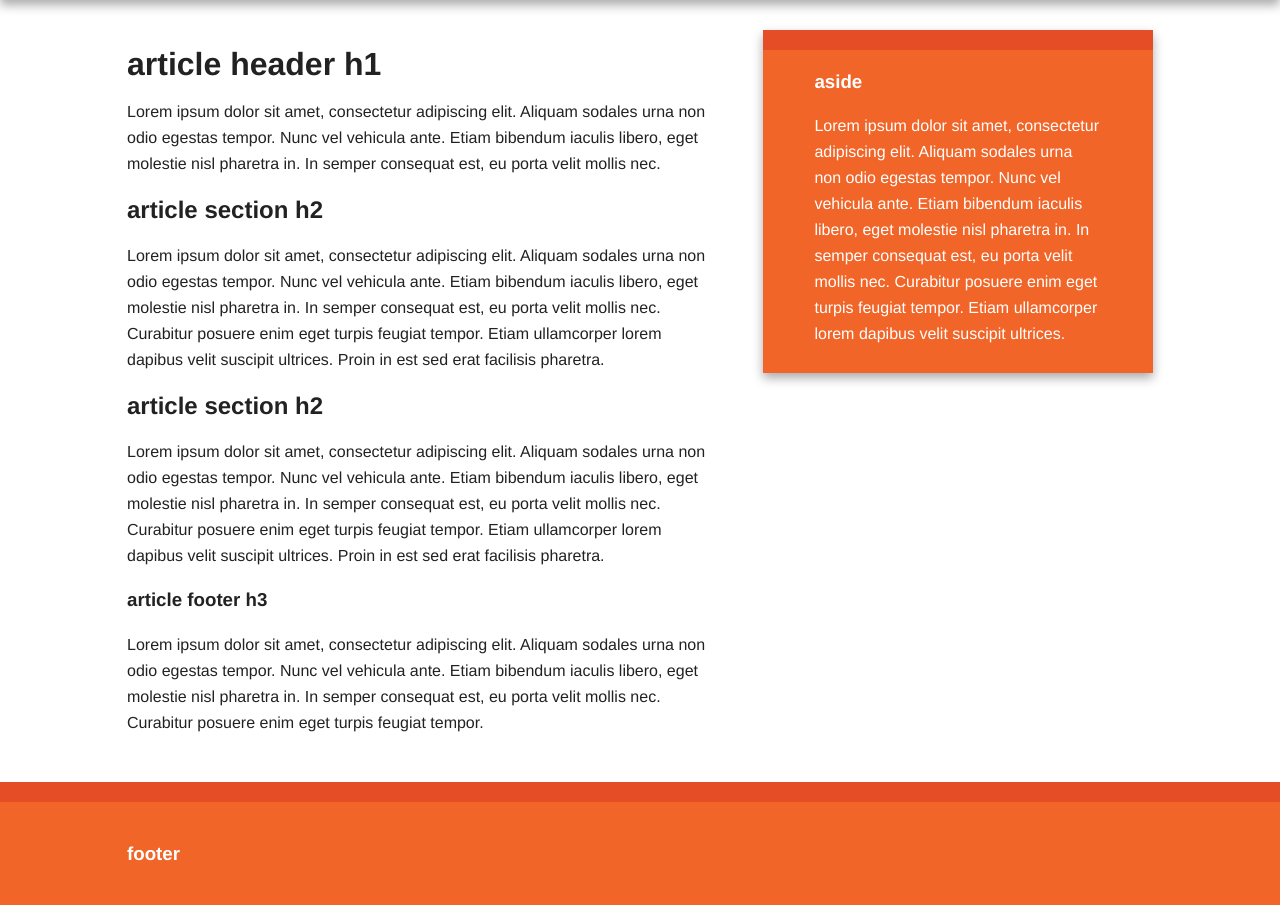
Repository: creativeday/creativeday.github.io
Page: index.html
The author's editor kept a record of every edit. The page is drawn from the files as they stood at one moment, then again after the next edit.
The browser window is 1280 px wide. The pictures show the part of the page from y = 320 to 1251 px (the page is 1225 px tall before and 1251 px after).
A picture or video elsewhere on the page could not be fetched, so the positions and the page height are approximate. Some web libraries are served in a nearby version.

Above is the page before.

### index.html
<!DOCTYPE html>
<html class="no-js">
    <head>
        <meta charset="utf-8">
        <meta http-equiv="X-UA-Compatible" content="IE=edge,chrome=1">
        <title></title>
        <meta name="description" content="">
        <meta name="viewport" content="width=device-width, initial-scale=1">

<!--

git status

git add -A
git commit -m "mymessage"

git pull origin

git push

Website: http://creativeday.github.io/Team#

-->

        <link rel="stylesheet" href="css/normalize.min.css">
        <link rel="stylesheet" href="css/main.css">

        <script src="js/vendor/modernizr-2.6.2-respond-1.1.0.min.js"></script>
    </head>
    <body>
        <div class="header-container">
            <header class="wrapper clearfix">
                <div class="section1">
                    <img src="http://upload.wikimedia.org/wikipedia/en/0/08/LearnToBeLogo.gif">
                </div>
                <div class="section2">
                    <div class="navlink">

                    </div>
                    <div class="navlink">

                    </div>
                    <div class="navlink">

                    </div>
                    <div class="navlink">

                    </div>
                    <div class="navlink">

                    </div>
                    <div class="navlink">

                    </div>
                </div>
                <div class="section3">

                </div>
            </header>
        </div>

        <div class="main-container">
            <div class="main wrapper clearfix">

                <article>
                    <header>
                        <h1>article header h1</h1>
                        <p>Lorem ipsum dolor sit amet, consectetur adipiscing elit. Aliquam sodales urna non odio egestas tempor. Nunc vel vehicula ante. Etiam bibendum iaculis libero, eget molestie nisl pharetra in. In semper consequat est, eu porta velit mollis nec.</p>
                    </header>
                    <section>
                        <h2>article section h2</h2>
                        <p>Lorem ipsum dolor sit amet, consectetur adipiscing elit. Aliquam sodales urna non odio egestas tempor. Nunc vel vehicula ante. Etiam bibendum iaculis libero, eget molestie nisl pharetra in. In semper consequat est, eu porta velit mollis nec. Curabitur posuere enim eget turpis feugiat tempor. Etiam ullamcorper lorem dapibus velit suscipit ultrices. Proin in est sed erat facilisis pharetra.</p>
                    </section>
                    <section>
                        <h2>article section h2</h2>
                        <p>Lorem ipsum dolor sit amet, consectetur adipiscing elit. Aliquam sodales urna non odio egestas tempor. Nunc vel vehicula ante. Etiam bibendum iaculis libero, eget molestie nisl pharetra in. In semper consequat est, eu porta velit mollis nec. Curabitur posuere enim eget turpis feugiat tempor. Etiam ullamcorper lorem dapibus velit suscipit ultrices. Proin in est sed erat facilisis pharetra.</p>
                    </section>
                    <footer>
                        <h3>article footer h3</h3>
                        <p>Lorem ipsum dolor sit amet, consectetur adipiscing elit. Aliquam sodales urna non odio egestas tempor. Nunc vel vehicula ante. Etiam bibendum iaculis libero, eget molestie nisl pharetra in. In semper consequat est, eu porta velit mollis nec. Curabitur posuere enim eget turpis feugiat tempor.</p>
                    </footer>
                </article>

                <aside>
                    <h3>aside</h3>
                    <p>Lorem ipsum dolor sit amet, consectetur adipiscing elit. Aliquam sodales urna non odio egestas tempor. Nunc vel vehicula ante. Etiam bibendum iaculis libero, eget molestie nisl pharetra in. In semper consequat est, eu porta velit mollis nec. Curabitur posuere enim eget turpis feugiat tempor. Etiam ullamcorper lorem dapibus velit suscipit ultrices.</p>
                </aside>

            </div> <!-- #main -->
        </div> <!-- #main-container -->

        <div class="footer-container">
            <footer class="wrapper">
                <h3>footer</h3>
            </footer>
        </div>

        <script src="//ajax.googleapis.com/ajax/libs/jquery/1.11.1/jquery.min.js"></script>
        <script>window.jQuery || document.write('<script src="js/vendor/jquery-1.11.1.min.js"><\/script>')</script>

        <script src="js/main.js"></script>
    </body>
</html>

### css/main.css
/*! HTML5 Boilerplate v4.3.0 | MIT License | http://h5bp.com/ */

html,
button,
input,
select,
textarea {
    color: #222;
}

html {
    font-size: 1em;
    line-height: 1.4;
}

::-moz-selection {
    background: #b3d4fc;
    text-shadow: none;
}

::selection {
    background: #b3d4fc;
    text-shadow: none;
}

hr {
    display: block;
    height: 1px;
    border: 0;
    border-top: 1px solid #ccc;
    margin: 1em 0;
    padding: 0;
}

audio,
canvas,
img,
video {
    vertical-align: middle;
}

fieldset {
    border: 0;
    margin: 0;
    padding: 0;
}

textarea {
    resize: vertical;
}

.browsehappy {
    margin: 0.2em 0;
    background: #ccc;
    color: #000;
    padding: 0.2em 0;
}


/* ===== Initializr Styles ==================================================
   Author: Jonathan Verrecchia - verekia.com/initializr/responsive-template
   ========================================================================== */

body {
    font: 16px/26px Helvetica, Helvetica Neue, Arial;
}

.wrapper {
    width: 90%;
    margin: 0 5%;
}

/* ===================
    ALL: Orange Theme
   =================== */

.header-container {
    border-bottom: 20px solid #e44d26;
}

.footer-container,
.main aside {
    border-top: 20px solid #e44d26;
}

.header-container,
.footer-container,
.main aside {
    background: #f16529;
}

.title {
    color: white;
}

/* ==============
    MOBILE: Menu
   ============== */

nav ul {
    margin: 0;
    padding: 0;
}

nav a {
    display: block;
    margin-bottom: 10px;
    padding: 15px 0;

    text-align: center;
    text-decoration: none;
    font-weight: bold;

    color: white;
    background: #e44d26;
}

nav a:hover,
nav a:visited {
    color: white;
}

nav a:hover {
    text-decoration: underline;
}

/* ==============
    MOBILE: Main
   ============== */

.main {
    padding: 30px 0;
}

.main article h1 {
    font-size: 2em;
}

.main aside {
    color: white;
    padding: 0px 5% 10px;
}

.footer-container footer {
    color: white;
    padding: 20px 0;
}

/* ===============
    ALL: IE Fixes
   =============== */

.ie7 .title {
    padding-top: 20px;
}

/* ==========================================================================
   Author's custom styles
   ========================================================================== */

.navlink
{
    width: 16.666%;
    float: left;
}













/* ==========================================================================
   Media Queries
   ========================================================================== */

@media only screen and (min-width: 480px) {

/* ====================
    INTERMEDIATE: Menu
   ==================== */

    nav a {
        float: left;
        width: 27%;
        margin: 0 1.7%;
        padding: 25px 2%;
        margin-bottom: 0;
    }

    nav li:first-child a {
        margin-left: 0;
    }

    nav li:last-child a {
        margin-right: 0;
    }

/* ========================
    INTERMEDIATE: IE Fixes
   ======================== */

    nav ul li {
        display: inline;
    }

    .oldie nav a {
        margin: 0 0.7%;
    }
}

@media only screen and (min-width: 768px) {

/* ====================
    WIDE: CSS3 Effects
   ==================== */

    .header-container,
    .main aside {
        -webkit-box-shadow: 0 5px 10px #aaa;
           -moz-box-shadow: 0 5px 10px #aaa;
                box-shadow: 0 5px 10px #aaa;
    }

/* ============
    WIDE: Menu
   ============ */

    .title {
        float: left;
    }

    nav {
        float: right;
        width: 38%;
    }

/* ============
    WIDE: Main
   ============ */

    .main article {
        float: left;
        width: 57%;
    }

    .main aside {
        float: right;
        width: 28%;
    }
}

@media only screen and (min-width: 1140px) {

/* ===============
    Maximal Width
   =============== */

    .wrapper {
        width: 1026px; /* 1140px - 10% for margins */
        margin: 0 auto;
    }
}

/* ==========================================================================
   Helper classes
   ========================================================================== */

.ir {
    background-color: transparent;
    border: 0;
    overflow: hidden;
    *text-indent: -9999px;
}

.ir:before {
    content: "";
    display: block;
    width: 0;
    height: 150%;
}

.hidden {
    display: none !important;
    visibility: hidden;
}

.visuallyhidden {
    border: 0;
    clip: rect(0 0 0 0);
    height: 1px;
    margin: -1px;
    overflow: hidden;
    padding: 0;
    position: absolute;
    width: 1px;
}

.visuallyhidden.focusable:active,
.visuallyhidden.focusable:focus {
    clip: auto;
    height: auto;
    margin: 0;
    overflow: visible;
    position: static;
    width: auto;
}

.invisible {
    visibility: hidden;
}

.clearfix:before,
.clearfix:after {
    content: " ";
    display: table;
}

.clearfix:after {
    clear: both;
}

.clearfix {
    *zoom: 1;
}

/* ==========================================================================
   Print styles
   ========================================================================== */

@media print {
    * {
        background: transparent !important;
        color: #000 !important;
        box-shadow: none !important;
        text-shadow: none !important;
    }

    a,
    a:visited {
        text-decoration: underline;
    }

    a[href]:after {
        content: " (" attr(href) ")";
    }

    abbr[title]:after {
        content: " (" attr(title) ")";
    }

    .ir a:after,
    a[href^="javascript:"]:after,
    a[href^="#"]:after {
        content: "";
    }

    pre,
    blockquote {
        border: 1px solid #999;
        page-break-inside: avoid;
    }

    thead {
        display: table-header-group;
    }

    tr,
    img {
        page-break-inside: avoid;
    }

    img {
        max-width: 100% !important;
    }

    @page {
        margin: 0.5cm;
    }

    p,
    h2,
    h3 {
        orphans: 3;
        widows: 3;
    }

    h2,
    h3 {
        page-break-after: avoid;
    }
}

Loaded but not shown: css/normalize.min.css (common file); js/vendor/modernizr-2.6.2-respond-1.1.0.min.js (library); js/main.js (empty)

After the next edit:
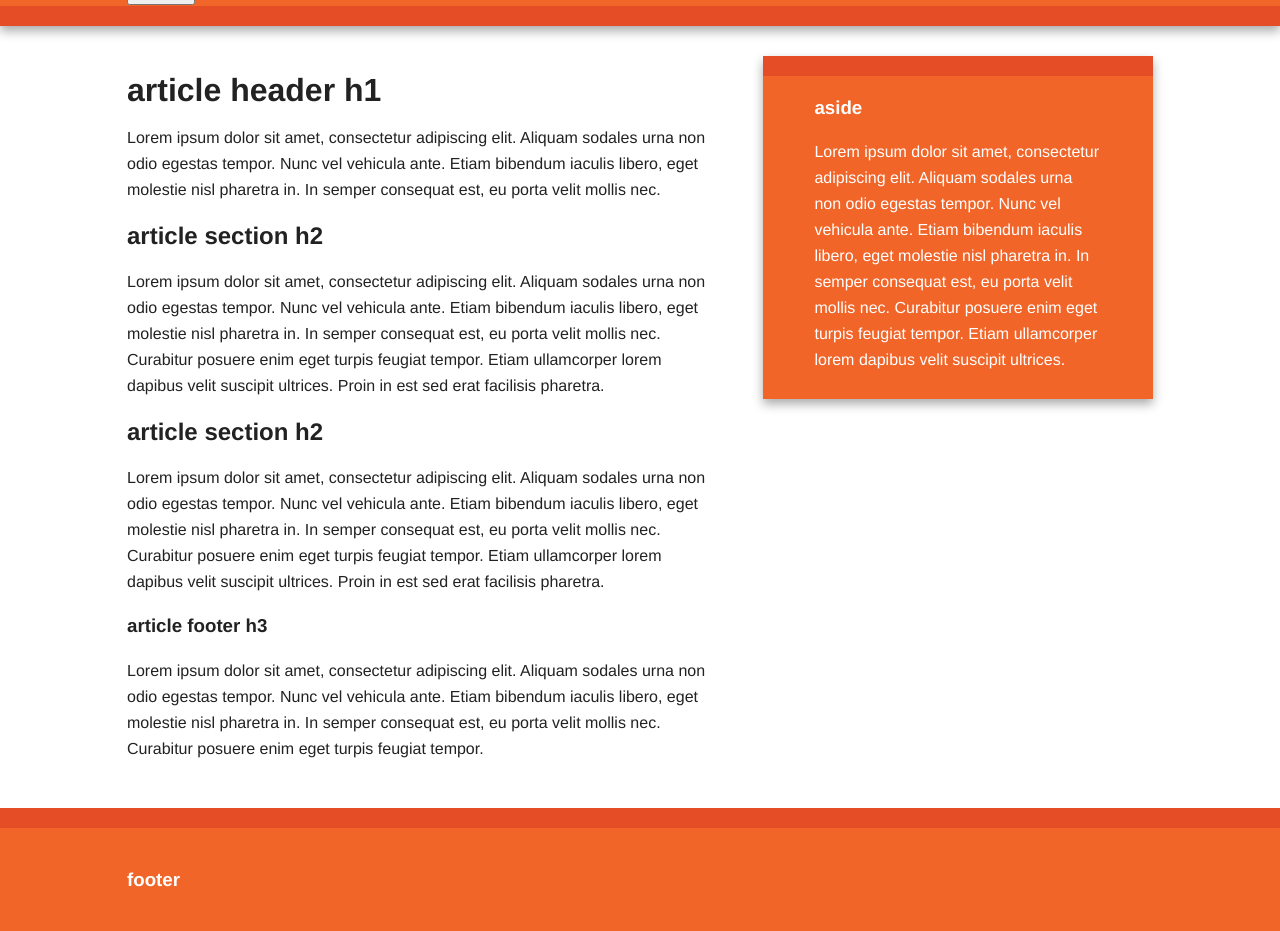
The edit:
--- a/index.html
+++ b/index.html
@@ -54,7 +54,7 @@
                     </div>
                 </div>
                 <div class="section3">
-
+                    <button>Donate</button>
                 </div>
             </header>
         </div>
